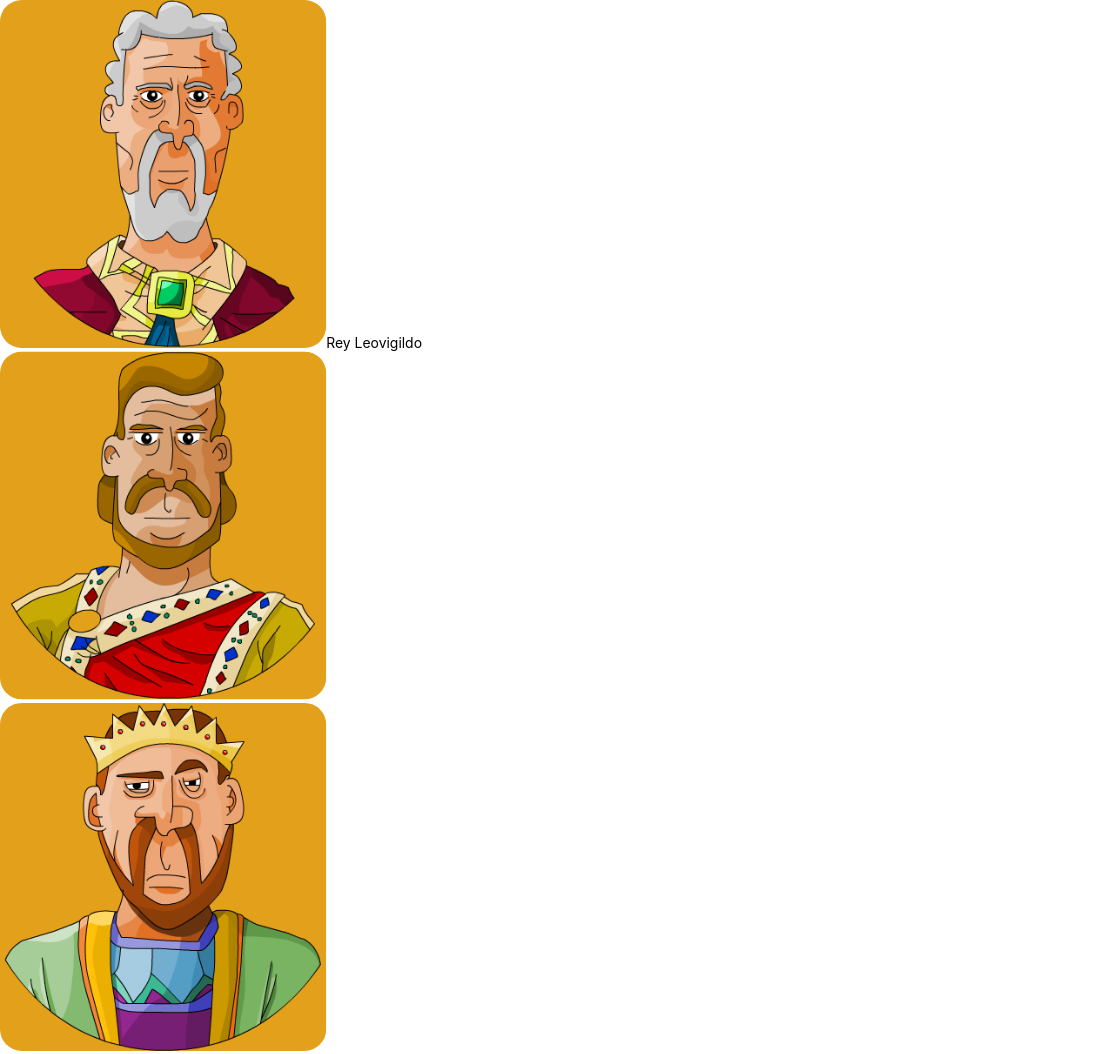
Repository: abgdev1997/ejercicios-react
Page: /
The author's editor kept a copy of each file at every save. The page is drawn from the files as they stood at one save, then again after the next save.
The browser window is 1280 px wide. The pictures show the whole page, at 87% of full size.
The project was rebuilt for these pictures with package versions that can differ from the ones it lists, and the page was loaded fresh each time.

Above is the page before, as saved 2022-02-22 09:42:36.

### src/App.js
import './App.css';
import leovigildo from './rey_leogivildo.png';
import recesvinto from './rey_recesvinto.png';
import sisebuto from './rey_sisebuto.png';

function App() {
  return (
    <div className="App">
      <div>
        <img alt='Rey Leovigildo' src={leovigildo} className='img'/>
        <span>Rey Leovigildo</span>
      </div>
      <div>
        <img alt='Rey Recesvinto' src={recesvinto} className='img'/>
      </div>
      <div>
        <img alt='Rey Sisebuto' src={sisebuto} className='img'/>
      </div>
    </div>
  );
}

export default App;

### src/App.css
.App{

}

.img{
  background-color:#E3A11B;
  border-radius: 25px;
}

Loaded but not shown: public/index.html (common file); src/index.js (common file); src/index.css (common file)

After the next save:
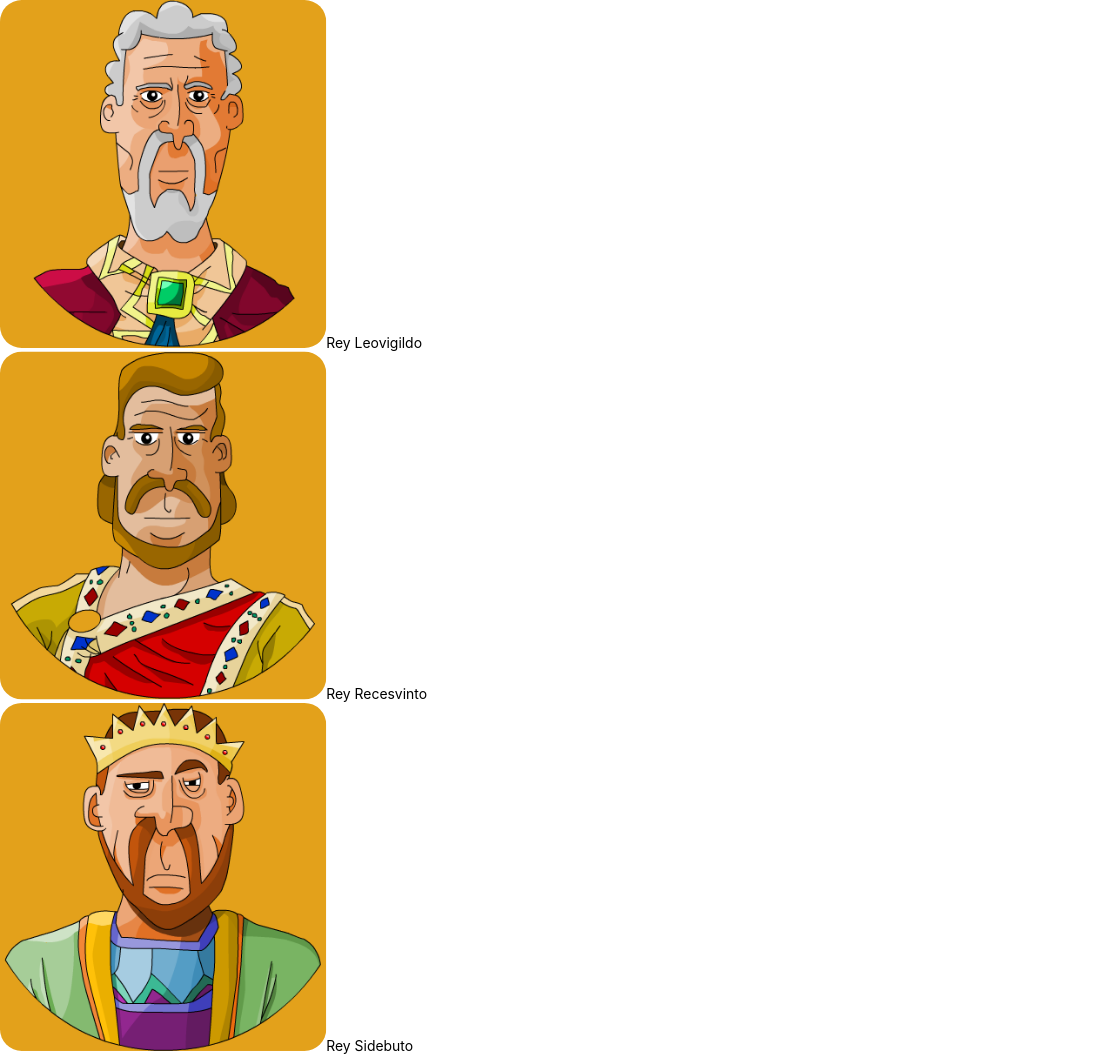
Saved 30 s later.
--- a/src/App.js
+++ b/src/App.js
@@ -12,9 +12,11 @@ function App() {
       </div>
       <div>
         <img alt='Rey Recesvinto' src={recesvinto} className='img'/>
+        <span>Rey Recesvinto</span>
       </div>
       <div>
         <img alt='Rey Sisebuto' src={sisebuto} className='img'/>
+        <span>Rey Sidebuto</span>
       </div>
     </div>
   );
